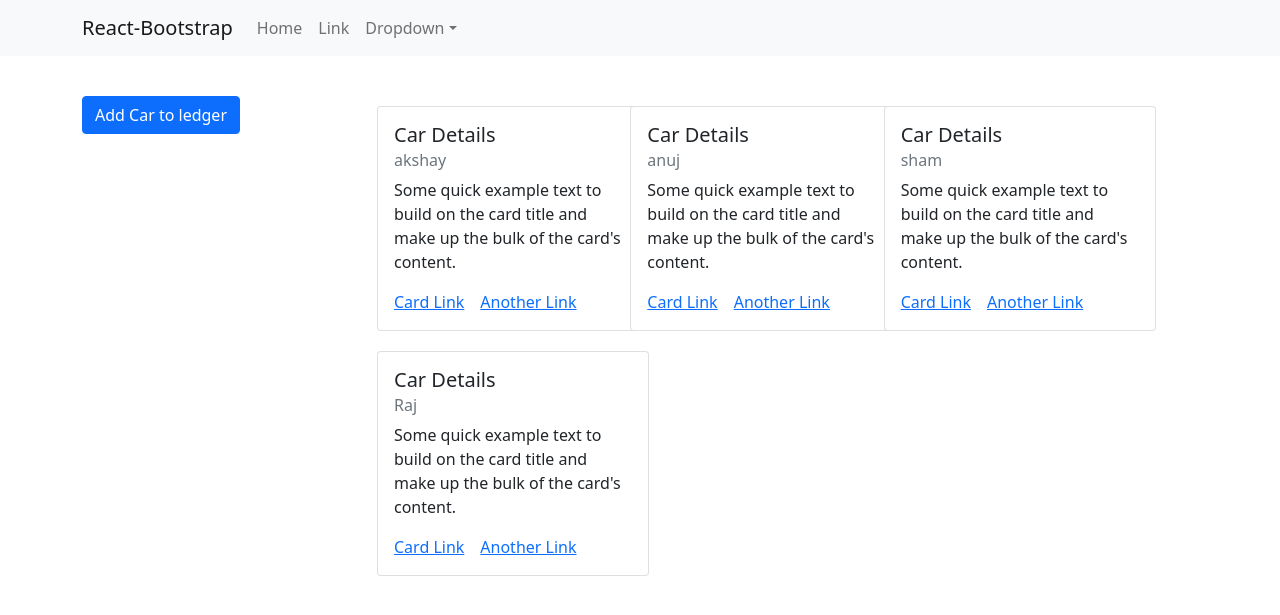
Repository: akshaykurhekar/hyperledger-asset-monetization-dapp
Page: / (app in fabcarWeb/new-ui/)
These files come from the project's save history. The page is drawn as it stood at one moment and after the next save; the edit follows.
The browser window is 1280 px wide. The pictures show the whole page.
The project was rebuilt for these pictures with package versions that can differ from the ones it lists, and the page was loaded fresh each time.

Above is the page before, as saved 2022-03-30 18:01:57.

### fabcarWeb/new-ui/src/index.js
import React from "react";
import ReactDOM from "react-dom/client";
import "./index.css";
import App from "./App";
import reportWebVitals from "./reportWebVitals";
import "bootstrap/dist/css/bootstrap.min.css";

// ReactDOM.render(
//   <React.StrictMode>
//     <App />
//   </React.StrictMode>,
//   document.getElementById('root')
// );

ReactDOM.createRoot(document.getElementById("root")).render(
  <React.StrictMode>
    <App />
  </React.StrictMode>
);

// If you want to start measuring performance in your app, pass a function
// to log results (for example: reportWebVitals(console.log))
// or send to an analytics endpoint. Learn more: https://bit.ly/CRA-vitals
reportWebVitals();

### fabcarWeb/new-ui/src/App.js
import Navbar from "./components/navbar";
import Card from "./components/card";
import Model from "./components/model";
import { Container, Row, Col } from "react-bootstrap";

function App() {
  const carList = [{ name: "akshay" }, { name: "anuj" }, { name: "sham" },{ name: "Raj" }];

  return (
    <>
      <Navbar />
      <Container>
        <Row style={{ paddingTop: "40px" }}>
          <Col sm={3}>
            <Model />
          </Col>
          <Col sm={8}>
            <Row>
              {carList.map((item, idx) => {
                return (
                  <Col sm={4}>
                    <Card key={idx} name={item.name} />
                  </Col>
                );
              })}
            </Row>
          </Col>
        </Row>
      </Container>
    </>
  );
}

export default App;

### fabcarWeb/new-ui/src/components/navbar.js
import React, { useState } from 'react';
import { Navbar,Container,Nav, NavDropdown } from 'react-bootstrap'

const NavbarComp = ()=>{


    return (
      <Navbar bg="light" expand="lg">
      <Container>
        <Navbar.Brand href="#home">React-Bootstrap</Navbar.Brand>
        <Navbar.Toggle aria-controls="basic-navbar-nav" />
        <Navbar.Collapse id="basic-navbar-nav">
          <Nav className="me-auto">
            <Nav.Link href="#home">Home</Nav.Link>
            <Nav.Link href="#link">Link</Nav.Link>
            <NavDropdown title="Dropdown" id="basic-nav-dropdown">
              <NavDropdown.Item href="#action/3.1">Action</NavDropdown.Item>
              <NavDropdown.Item href="#action/3.2">Another action</NavDropdown.Item>
              <NavDropdown.Item href="#action/3.3">Something</NavDropdown.Item>
              <NavDropdown.Divider />
              <NavDropdown.Item href="#action/3.4">Separated link</NavDropdown.Item>
            </NavDropdown>
          </Nav>
        </Navbar.Collapse>
      </Container>
    </Navbar>
    );
};

export default NavbarComp;

### fabcarWeb/new-ui/src/components/card.js
import React from 'react';
import {Card} from 'react-bootstrap'

const Cards = (props)=>{
    return (
        <Card style={{ width: '17rem',margin:'10px' }}>
            <Card.Body>
                <Card.Title>Car Details</Card.Title>
                <Card.Subtitle className="mb-2 text-muted">{props.name}</Card.Subtitle>
                <Card.Text>
                Some quick example text to build on the card title and make up the bulk of
                the card's content.
                </Card.Text>
                <Card.Link href="#">Card Link</Card.Link>
                <Card.Link href="#">Another Link</Card.Link>
            </Card.Body>
        </Card>
    );
};

export default Cards;

### fabcarWeb/new-ui/src/components/model.js
import React,{ useState} from 'react';
import { Button, Modal} from 'react-bootstrap'

const Model = ()=>{

    const [show, setShow] = useState(false);

  const handleClose = () => setShow(false);
  const handleShow = () => setShow(true);

    return (
       <>
      <Button variant="primary" onClick={handleShow}>
        Add Car to ledger
      </Button>

      <Modal show={show} onHide={handleClose}>
        <Modal.Header closeButton>
          <Modal.Title>Add Car</Modal.Title>
        </Modal.Header>
        <Modal.Body>

            </Modal.Body>
        <Modal.Footer>
          <Button variant="secondary" onClick={handleClose}>
            Close
          </Button>
          <Button variant="primary" onClick={handleClose}>
            Save
          </Button>
        </Modal.Footer>
      </Modal>
    </>
    );
};

export default Model;

Loaded but not shown: fabcarWeb/new-ui/public/index.html (common file); fabcarWeb/new-ui/src/reportWebVitals.js (common file); fabcarWeb/new-ui/src/index.css (no stored copy; drawn as an empty file)

After the next save:
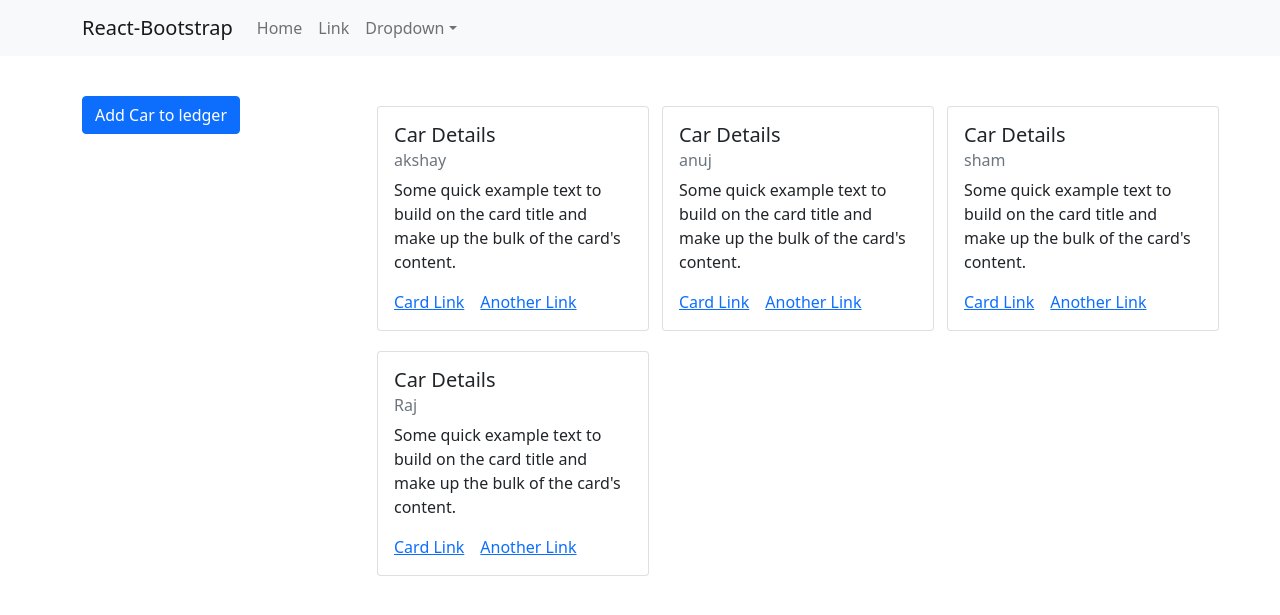
Saved 5 s later.
--- a/fabcarWeb/new-ui/src/App.js
+++ b/fabcarWeb/new-ui/src/App.js
@@ -14,7 +14,7 @@
           <Col sm={3}>
             <Model />
           </Col>
-          <Col sm={8}>
+          <Col sm={9}>
             <Row>
               {carList.map((item, idx) => {
                 return (
